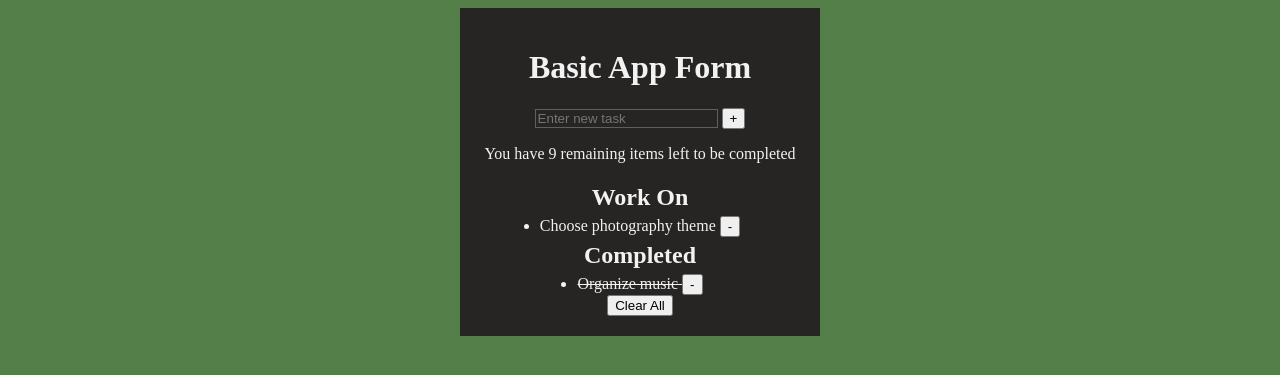
Repository: Kayla-amr/dgm_3760
Page: todoTemplate-W2/index.html
These files come from the project's save history. The page is drawn as it stood at one moment and after the next save; the edit follows.
The browser window is 1280 px wide. The pictures show the whole page.

Above is the page before, as saved 2022-11-08 13:00:59.

### todoTemplate-W2/index.html
<!DOCTYPE html>
<html lang="en">

<head>
    <meta charset="UTF-8">
    <meta http-equiv="X-UA-Compatible" content="IE=edge">
    <meta name="viewport" content="width=device-width, initial-scale=1.0">
    <link rel="stylesheet" href="styles.css">
    <title>Basic Todo App</title>
</head>

<body>
    <main>
        <div class="taskForm">
            <h1 class="formTitle"></h1>
            <div>
                <input class="userInput" type="text" placeholder="Enter new task">
                <button class="addTask">+</button>
            </div>
            <p class="remainingTasks"></p>
            <h2>Work On</h2>
            <ul class='todoTasks'>
            </ul>
            <h2>Completed</h2>
            <ul class='completedTasks'>
            </ul>

            <button id="clearBtn">Clear All</button>
    </main>

    </div>
</body>
<script src="/todoTemplate-W2/index.js"></script>

</html>

### todoTemplate-W2/styles.css
body{
    background-color: #557f49;
    color: #f2f2f2;
}
main{
    display: flex;
    justify-content: center;
}
h2{
    margin: 0;
    padding: 5px;
}
.taskForm{
    background-color: #262524;
    padding: 20px;
    width: 20rem;
    display: flex;
    flex-direction: column;
    align-items: center;
}

.todoTasks{
    margin: 0;
    padding: 0;
}
.completedTasks{
    margin: 0;
    padding: 0;
}
.userInput{
    background-color: #eaaf1900;
    border: 1px solid #808080a1;
    color: #f2f2f2;
}

### todoTemplate-W2/index.js
const addBtn = document.querySelector('.addTask'); //store element object for the add task button
const todoTaskUl = document.querySelector('.todoTasks'); //get a reference to the task container UL
const completedTaskUL = document.querySelector('.completedTasks'); //get a reference to the task container UL
const clearBtn = document.querySelector('#clearBtn'); //clear button
const removeBtn = document.querySelector('.removeBtn');
const remainingTasks = document.querySelector('.remainingTasks');

let myList = [
	{
		id: 0,
		name: 'Choose photography theme',
		category: 'Homework',
		due_date: 'Tomorrow',
		status: false
	},
	{
		id: 1,
		name: 'Organize music',
		category: 'Chores',
		due_date: 'Wednesday',
		status: true
	}
];

//app title
document.querySelector('.formTitle').innerText = 'Basic App Form';

//view todods

function displayTodos(todos) {
	//clear out any tasks (li elements) that are in the UL
	todoTaskUl.innerHTML = '';
	completedTaskUL.innerHTML = '';
	//for each todo in the array, add it to the container UL
	todos.forEach(function(myTask) {
		if (myTask.status != true) {
			todoTaskUl.innerHTML += `<li data-todoId='${myTask.id}'> ${myTask.name} <button class="removeBtn" onclick="deleteTask()">-</button></li>`;

			remainingTasks.textContent = `You have ${todoTaskUl.className.length} remaining items left to be completed`;
		} else {
			completedTaskUL.style.textDecoration = 'line-through';
			completedTaskUL.innerHTML += `<li data-todoId='${myTask.id}'> ${myTask.name} <button class="removeBtn" onclick="deleteTask()">-</button></li>`;
		}
	});
}

//add todos

function addTask() {
	let userInput = document.querySelector('.userInput').value;

	const newTodoObj = {
		id: myList.length + 1,
		name: userInput,
		category: null,
		due_date: null,
		status: false
	};

	myList.push(newTodoObj);
	displayTodos(myList);
}

// create a function to complete todos
function editTask() {
	const clickedTodoId = event.target.dataset.todoid;
	const todoIdx = myList.findIndex((todo) => todo.id == clickedTodoId);
	myList[todoIdx].status = !myList[todoIdx].status;
	console.log(myList);
	displayTodos(myList);
	// function will take 1 parameter (input) an id of the todo to complete
	// find the todo to complete and then change the value of status in the todo object
	//use the .findIndex method to get the index
	//then edit the object directly using bracket notation
	//IE: myList[todoIDX].status
}

//create a function to delete todos
function deleteTask() {
	const todoIdx = myList.findIndex((todo) => todo.obj == removeBtn);
	myList.splice(todoIdx, 1);
	displayTodos(myList);
	//much the same as the complete todo function
	//instead of editing the object, you will need to remove it from the array
}

function deleteComplete() {
	myList.forEach((todo, index, array) => {
		if (todo.status) {
			array.splice(index, 1);
		}
	});
}

function remaining() {
	let todoTaskUl = document.querySelector('.todoTasks').getElementsByTagName('li').length;

	remainingTasks.textContent = `You have ${todoTaskUl} remaining items left to be completed`;
}

remaining();

//for complete and delete event listeners you will need to listen for events on the UL

addBtn.addEventListener('click', (event) => {
	addTask();
});

todoTaskUl.addEventListener('click', (event) => {
	editTask();
});

completedTaskUL.addEventListener('click', (event) => {
	editTask();
});

clearBtn.addEventListener('click', (event) => {
	deleteComplete();
	displayTodos(myList);
});

//on page load, show the todos
displayTodos(myList);

After the next save:
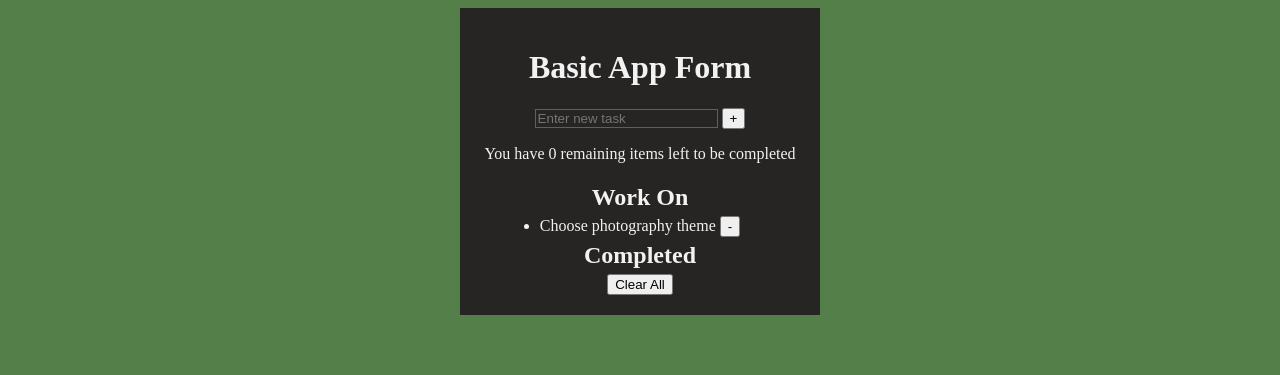
Console error: TypeError: Cannot read properties of undefined (reading 'length')
Saved 11 s later.
--- a/todoTemplate-W2/index.js
+++ b/todoTemplate-W2/index.js
@@ -36,7 +36,7 @@
 		if (myTask.status != true) {
 			todoTaskUl.innerHTML += `<li data-todoId='${myTask.id}'> ${myTask.name} <button class="removeBtn" onclick="deleteTask()">-</button></li>`;
 
-			remainingTasks.textContent = `You have ${todoTaskUl.className.length} remaining items left to be completed`;
+			remainingTasks.textContent = `You have ${todoTaskUl.t.length} remaining items left to be completed`;
 		} else {
 			completedTaskUL.style.textDecoration = 'line-through';
 			completedTaskUL.innerHTML += `<li data-todoId='${myTask.id}'> ${myTask.name} <button class="removeBtn" onclick="deleteTask()">-</button></li>`;

After the 4 saves that followed:
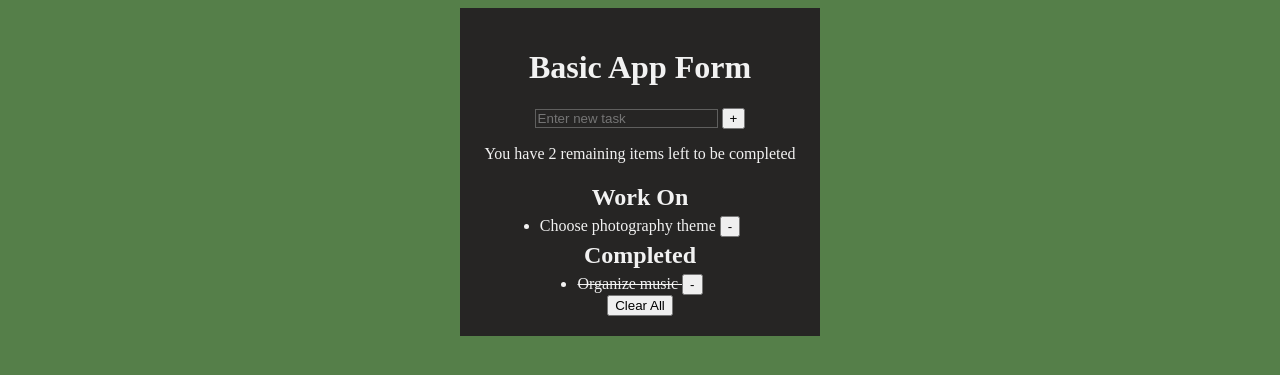
The error is gone.
The 4 saves are shown as one change because 1 left the picture as it was and some came seconds apart.
The last was saved 15 s later.
--- a/todoTemplate-W2/index.js
+++ b/todoTemplate-W2/index.js
@@ -36,7 +36,7 @@
 		if (myTask.status != true) {
 			todoTaskUl.innerHTML += `<li data-todoId='${myTask.id}'> ${myTask.name} <button class="removeBtn" onclick="deleteTask()">-</button></li>`;
 
-			remainingTasks.textContent = `You have ${todoTaskUl.t.length} remaining items left to be completed`;
+			remainingTasks.textContent = `You have ${todoTaskUl.tagName.length} remaining items left to be completed`;
 		} else {
 			completedTaskUL.style.textDecoration = 'line-through';
 			completedTaskUL.innerHTML += `<li data-todoId='${myTask.id}'> ${myTask.name} <button class="removeBtn" onclick="deleteTask()">-</button></li>`;
